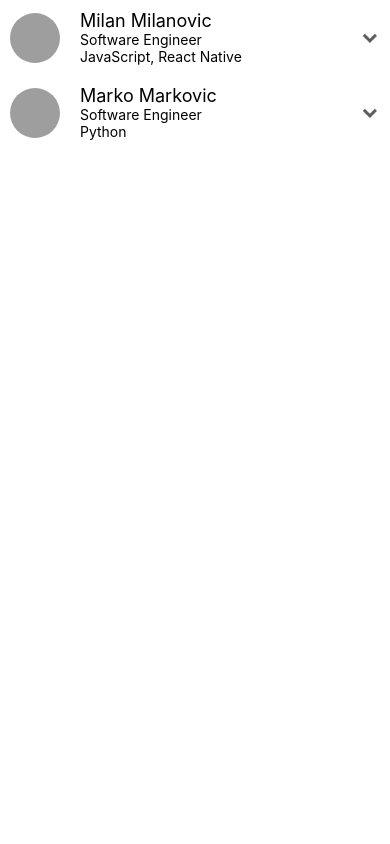
Repository: likanbl/intern-feature
Screen: /
These files come from the project's save history. The screen is drawn as it stood at one moment and after the next save; the edit follows.
Pictures or frames that could not be fetched are drawn as grey boxes. The app was drawn by React Native's web renderer in a window 390 px wide. The project was rebuilt for these pictures with package versions that can differ from the ones it lists, and the page was loaded fresh each time.

Above is the screen before, as saved 2019-09-13 14:57:12.

After the next save:
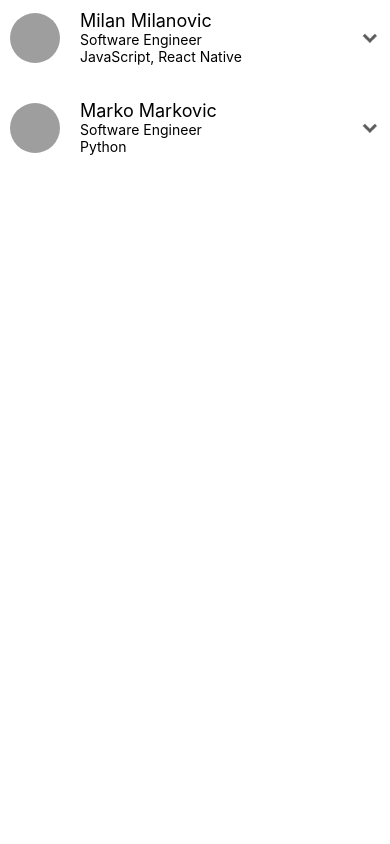
Saved 3 min 8 s later.
--- a/src/components/home/HomeItem.js
+++ b/src/components/home/HomeItem.js
@@ -82,6 +82,7 @@
     flexDirection: 'column',
     margin: 10,
     elevation: 1,
+    paddingBottom: 15,
   },
   titleContainer: {
     flexDirection: 'row',

After the save that followed:
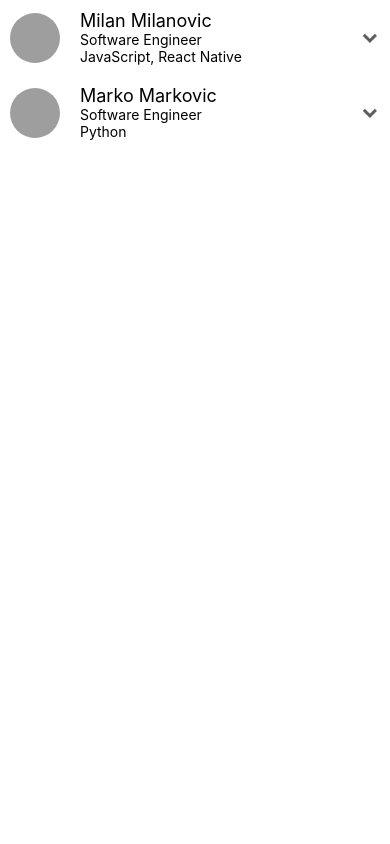
Saved 18 s later.
--- a/src/components/home/HomeItem.js
+++ b/src/components/home/HomeItem.js
@@ -82,7 +82,6 @@
     flexDirection: 'column',
     margin: 10,
     elevation: 1,
-    paddingBottom: 15,
   },
   titleContainer: {
     flexDirection: 'row',
